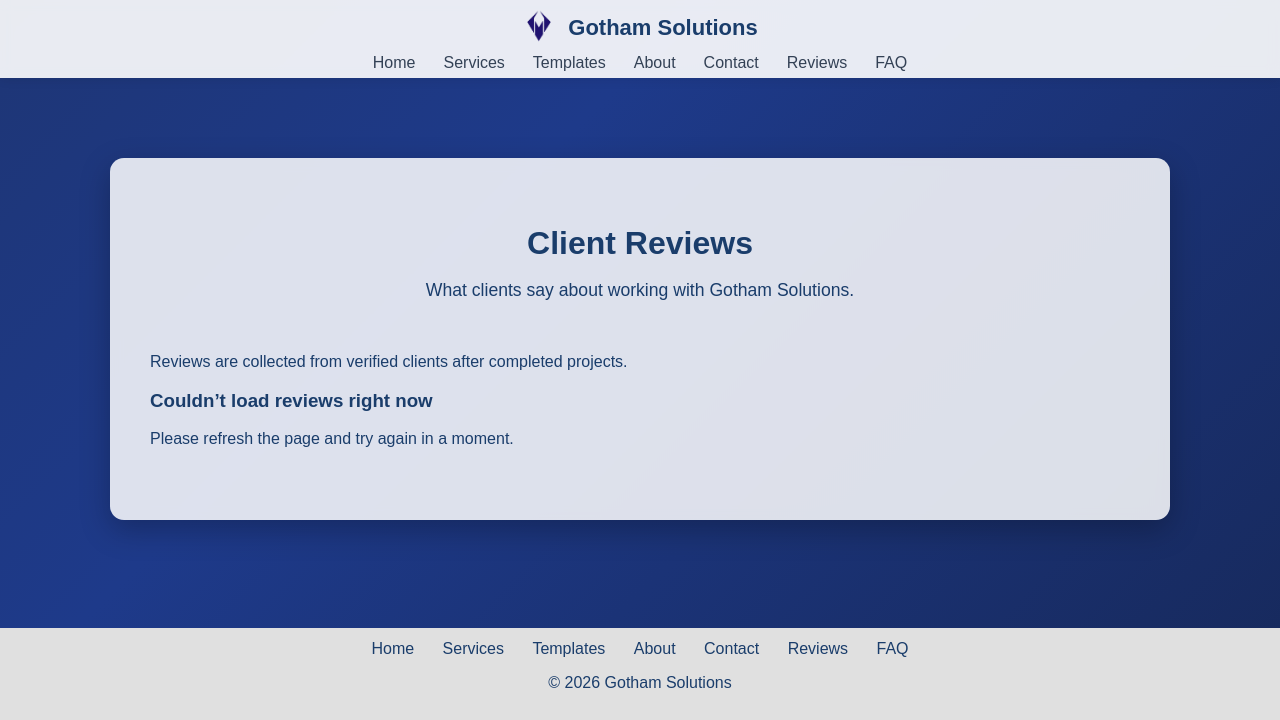
Repository: kmm569/gothamsolutions
Page: reviews/index.html
These files come from the project's save history. The page is drawn as it stood at one moment and after the next save; the edit follows.
The browser window is 1280 px wide. The pictures show the whole page.
The page's requests for data from a server got no answer.

Above is the page before, as saved 2026-03-13 14:37:51.

After the next save:
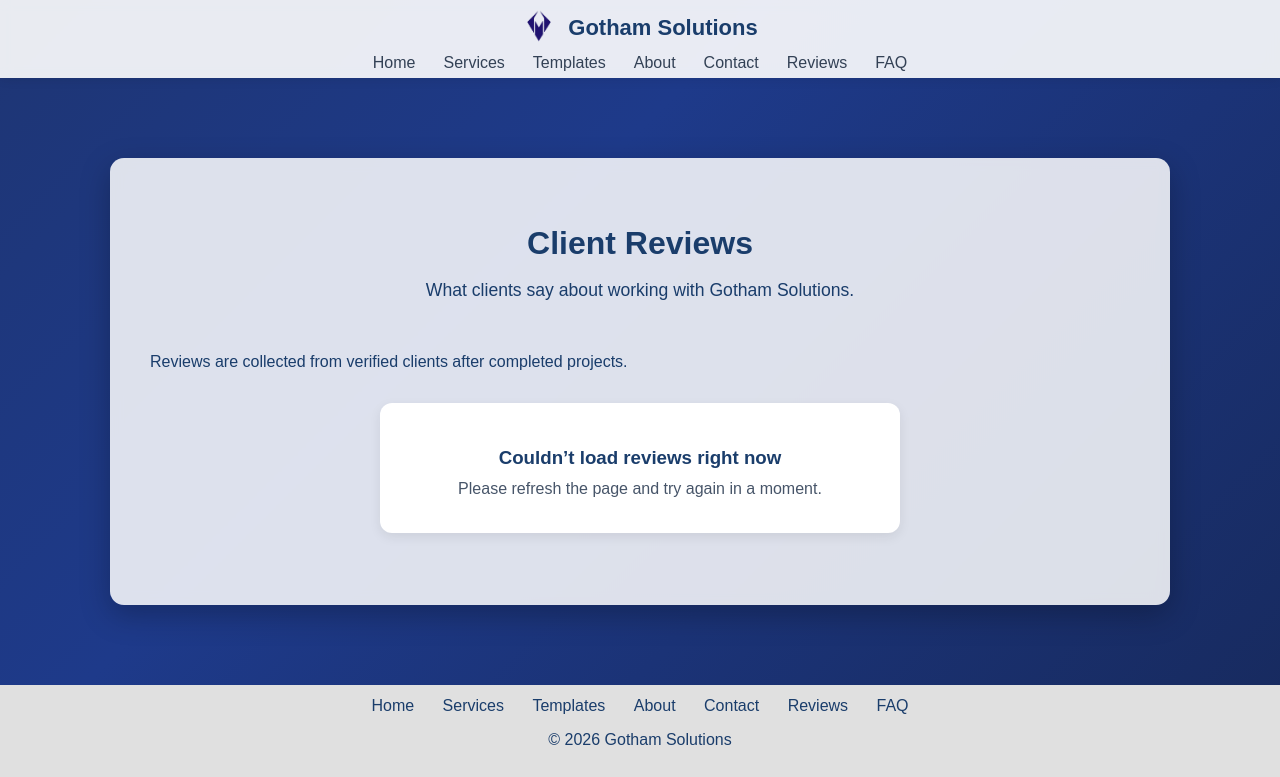
Saved 15 s later.
--- a/styles.css
+++ b/styles.css
@@ -702,3 +702,45 @@ body {
 .footer-nav a:hover {
 	text-decoration: underline;
 }
+
+.review-loading,
+.review-error {
+	text-align: center;
+	max-width: 520px;
+	margin: 32px auto 16px auto;
+	padding: 32px 24px;
+	background: #fff;
+	border-radius: 12px;
+	box-shadow: 0 4px 12px rgba(0, 0, 0, 0.08);
+}
+
+.review-loading h3,
+.review-error h3 {
+	margin: 12px 0 8px 0;
+}
+
+.review-loading p,
+.review-error p {
+	margin: 0;
+	color: #475569;
+	line-height: 1.5;
+}
+
+.review-loading-spinner {
+	width: 40px;
+	height: 40px;
+	margin: 0 auto 12px auto;
+	border: 4px solid #dbe4f0;
+	border-top-color: #1d3557;
+	border-radius: 50%;
+	animation: reviewSpin 0.8s linear infinite;
+}
+
+@keyframes reviewSpin {
+	from {
+		transform: rotate(0deg);
+	}
+	to {
+		transform: rotate(360deg);
+	}
+}
